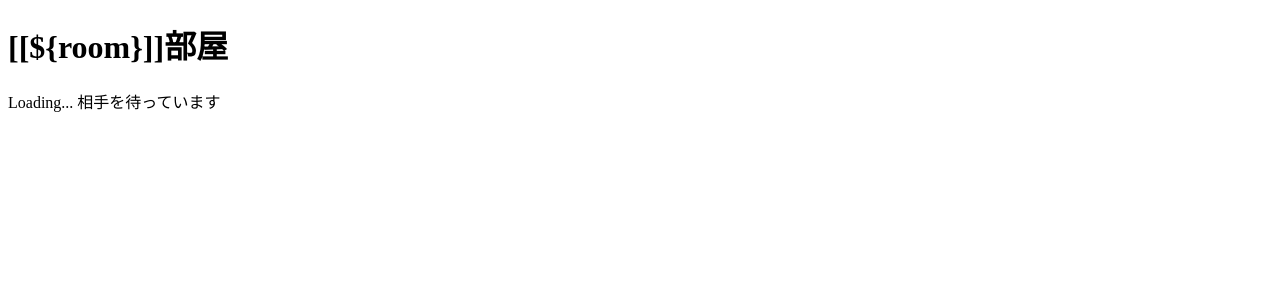
Repository: e1b21074/field_arena
Page: .log/field_arena/src/main/resources/templates/room.html
The author's editor kept a copy of each file at every save. The page is drawn from the files as they stood at one save, then again after the next save.
The browser window is 1280 px wide. The pictures show the whole page.
The page's requests for data from a server got no answer.

Above is the page before, as saved 2024-01-05 23:37:16.

After the next save:
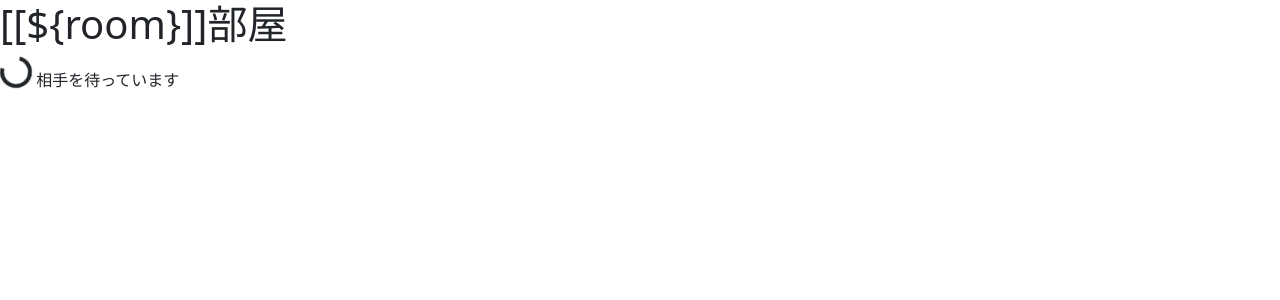
Saved 3 min 31 s later.
--- a/.log/field_arena/src/main/resources/templates/room.html
+++ b/.log/field_arena/src/main/resources/templates/room.html
@@ -4,6 +4,11 @@
 <head>
   <meta charset="UTF-8">
   <meta name="viewport" content="width=device-width, initial-scale=1.0">
+
+  <!-- bootstrap CSS -->
+  <link href="https://cdn.jsdelivr.net/npm/bootstrap@5.0.2/dist/css/bootstrap.min.css" rel="stylesheet"
+    integrity="sha384-EVSTQN3/azprG1Anm3QDgpJLIm9Nao0Yz1ztcQTwFspd3yD65VohhpuuCOmLASjC" crossorigin="anonymous">
+
   <title>カードゲーム</title>
   <script>
     window.onload=function(){
@@ -23,5 +28,10 @@
     </nobr>
     相手を待っています
   </div>
+
+  <script src="https://cdn.jsdelivr.net/npm/bootstrap@5.0.2/dist/js/bootstrap.bundle.min.js"
+    integrity="sha384-MrcW6ZMFYlzcLA8Nl+NtUVF0sA7MsXsP1UyJoMp4YLEuNSfAP+JcXn/tWtIaxVXM"
+    crossorigin="anonymous"></script>
+
 </body>
 </html>
